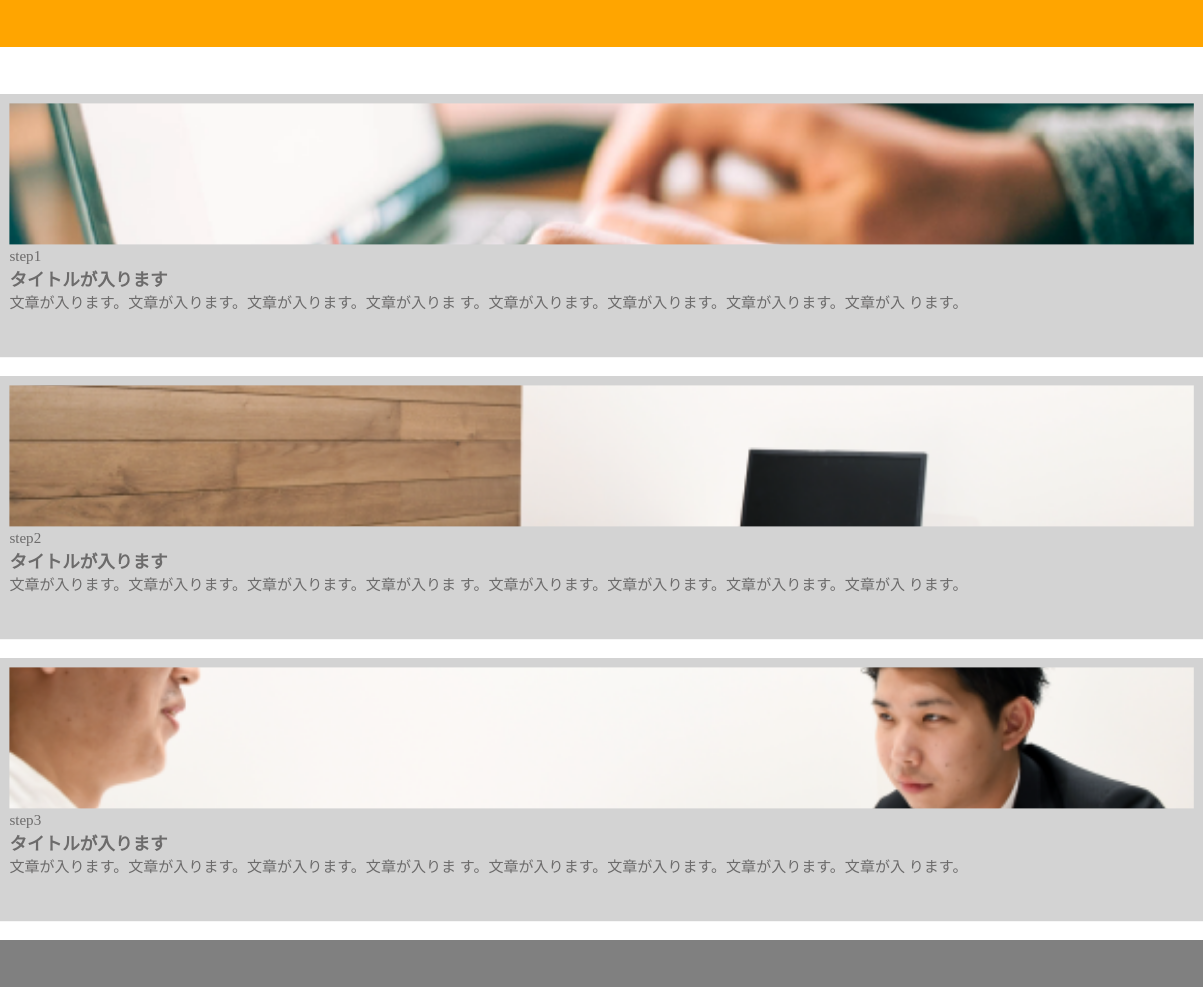
Repository: 220416/kadai1
Page: html/responsive.html
The author's editor kept a record of every edit. The page is drawn from the files as they stood at one moment, then again after the next edit.
The browser window is 1280 px wide. The pictures show the whole page, at 94% of full size.

Above is the page before.

### html/responsive.html
<!DOCTYPE html>
<html lang="ja">
  <head>
    <meta charset="UTF-8" />
    <meta name="viewport" content="width=device-width,initial-scale=1.0">
    <link rel="stylesheet" href="responsive.css" />
    <title>Responsive</title>
  </head>

  <body>
    <div class="container">
    <header></header>

    <main>
    <div class="main-visual">
      <img class="image" src="img/flow01.png">
      <p class="step"> step1 </p>
      <div class="main-visual-content">
        <h3 class ="ain-visual-text">タイトルが入ります</h3>
        <p class="main-visual-text">文章が入ります。文章が入ります。文章が入ります。文章が入りま
        す。文章が入ります。文章が入ります。文章が入ります。文章が入
        ります。</p>
      </div>
    </div>

    <div class="main-visual">
      <img class="image" src="img/flow02.png">
      <p class="step"> step2 </p>
      <div class="main-visual-content">
        <h3 class ="ain-visual-text">タイトルが入ります</h3>
        <p class="main-visual-text">文章が入ります。文章が入ります。文章が入ります。文章が入りま
        す。文章が入ります。文章が入ります。文章が入ります。文章が入
        ります。</p>
      </div>
    </div>

    <div class="main-visual">
      <img class="image" src="img/flow03.png">
      <p class="step"> step3 </p>
      <div class="main-visual-content">
        <h3 class ="ain-visual-text">タイトルが入ります</h3>
        <p class="main-visual-text">文章が入ります。文章が入ります。文章が入ります。文章が入りま
        す。文章が入ります。文章が入ります。文章が入ります。文章が入
        ります。</p>
      </div>
    </div>

    </main>

    <footer></footer>
    </div>
  </body>
</html>

### html/responsive.css
* {
  margin: 0;
  padding: 0;
  box-sizing: border-box;
  color: #6c6b6b;
}

a{
  text-decoration: none;
}

@media screen and (max-width:425px){
 header{
   width:100%;
 }
}

header{
  height: 50px;
  width:100%;
  background-color:orange;
}

main{
  width:100%;
  padding: 50px 0;
  display: inline-block;
  justify-content:center;
  text-align: left;
}

.main-visual{
  display: inline-block;
  height: 280px;
  width: 100%;
  padding:10px 10px;
  margin-bottom: 20px;
  background-color:#d3d3d3;
}

.main-visual-text{
  flex-wrap:wrap;
}
.image{
    object-fit: cover;
    width:100%;
    height: 150px;
}

.container {
      position: relative;
      box-sizing: border-box;
}

footer {
      height: 50px;
      width: 100%;
      position: absolute;
      bottom: 0;
      background-color: grey;

}

After the next edit:
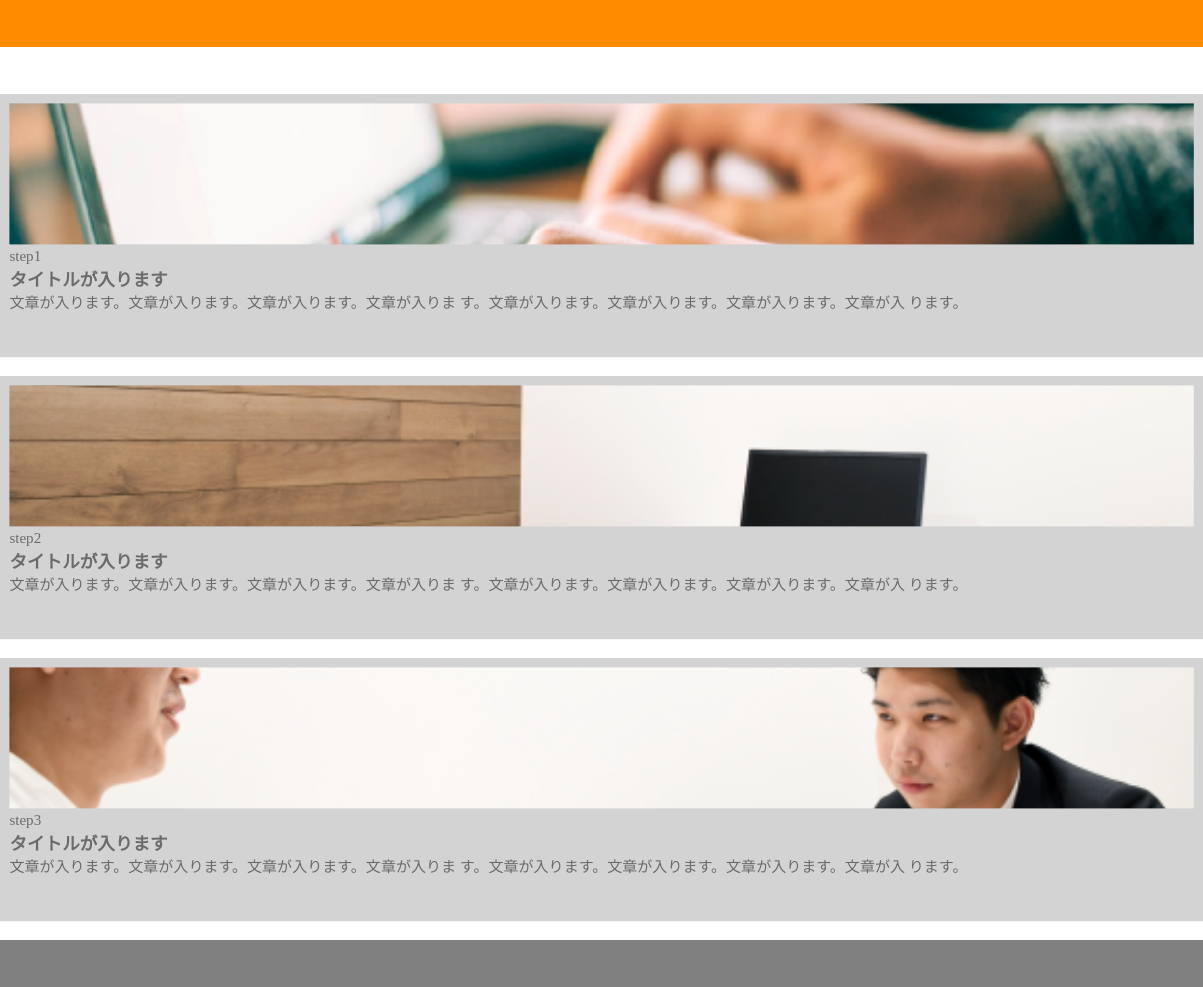
The edit:
--- a/html/responsive.css
+++ b/html/responsive.css
@@ -18,7 +18,7 @@
 header{
   height: 50px;
   width:100%;
-  background-color:orange;
+  background-color:#ff8c00;
 }
 
 main{
